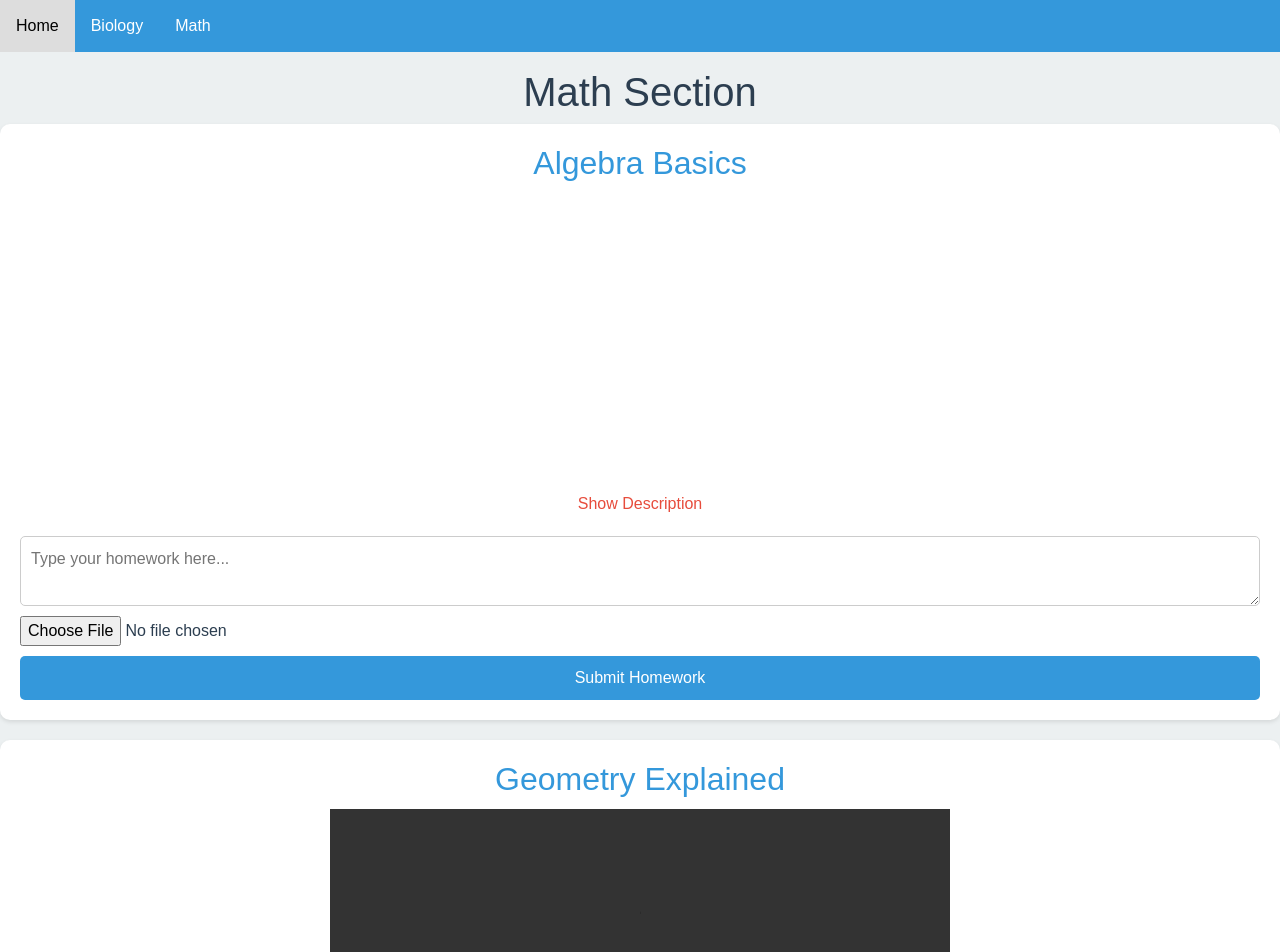
Repository: krmvz/BEMath.kg
Page: /math
The author's editor kept a copy of each file at every save. The page is drawn from the files as they stood at one save, then again after the next save.
The browser window is 1280 px wide. The pictures show the part of the page from y = 0 to 952 px (the page is 1357 px tall).
Pictures or frames that could not be fetched are drawn as grey boxes. The project was rebuilt for these pictures with package versions that can differ from the ones it lists, and the page was loaded fresh each time. Also part of the build but not shown: src/firebase.js, src/components/auth/sign.scss, src/components/auth/SignIn.jsx, src/components/auth/SignUp.jsx, src/components/dashboard/Dashboard.jsx, src/components/Biology/biology.jsx.

Above is the page before, as saved 2023-12-18 22:42:45.

### src/App.js
import './App.css';
import SignIn from './components/auth/SignIn';
import SignUp from './components/auth/SignUp';
// import AuthDetails from './components/AuthDetails';
import {BrowserRouter, Route, Routes } from "react-router-dom";
import React from 'react';
import Dashboard from './components/dashboard/Dashboard';
import "bootstrap/dist/css/bootstrap.min.css";
import Biology from './components/Biology/biology';
import Math from './components/Math/math';

function App() {
  return (
    <div className="App">
      <BrowserRouter>
        <Routes>
          <Route exact path="/" element={<SignIn/>}></Route>
          <Route exact path="/d" element={<SignUp/>}></Route>
          <Route exact path="/dashboard" element={<Dashboard/>}></Route>
          <Route exact path="/bio" element={<Biology/>}></Route>
          <Route exact path="/eng" element={<Dashboard/>}></Route>
          <Route exact path="/math" element={<Math/>}></Route>

        </Routes>
      </BrowserRouter>
    </div>
  );
}

export default App;

### src/components/Math/math.jsx
// Math.jsx

import React, { useState } from 'react';
import { Link } from 'react-router-dom'; // Import Link from react-router-dom
import './math.scss'; // Make sure to create a math.scss file for styling
import ReactPlayer from 'react-player';

const Math = () => {
  const [showDescription, setShowDescription] = useState(false);
  const [homework, setHomework] = useState('');
  const [submittedHomework, setSubmittedHomework] = useState(null);
  const [file, setFile] = useState(null);

  const mathVideos = [
    { id: 1, url: 'https://www.youtube.com/watch?v=NybHckSEQBI', title: 'Algebra Basics', description: 'An introduction to fundamental algebra concepts.' },
    { id: 2, url: 'https://www.youtube.com/watch?v=example2', title: 'Geometry Explained', description: 'Exploring key principles in geometry.' },
    // Add more videos as needed
  ];

  const toggleDescription = () => {
    setShowDescription(!showDescription);
  };

  const handleHomeworkChange = (event) => {
    setHomework(event.target.value);
  };

  const handleFileChange = (event) => {
    setFile(event.target.files[0]);
  };

  const handleSubmitHomework = (videoTitle) => {
    // Handle the submission of homework (you can send it to a server or store it locally)
    setSubmittedHomework(`Homework for "${videoTitle}": ${homework}`);
    setHomework('');
    setFile(null);
  };

  return (
    <div>
      {/* Navigation Bar */}
      <nav>
        <ul>
          <li><Link to="/">Home</Link></li>
          <li><Link to="/bio">Biology</Link></li>
          <li><Link to="/math">Math</Link></li>
          {/* Add links for other sections as needed */}
        </ul>
      </nav>

      <h1>Math Section</h1>
      <div>
        {mathVideos.map(video => (
          <div key={video.id} className="video-container">
            <h2>{video.title}</h2>
            <div className="player-wrapper">
              <ReactPlayer
                url={video.url}
                controls
                width="100%"
                height="300px"
              />
            </div>
            <p className={`description ${showDescription ? 'visible' : ''}`}>{video.description}</p>
            <div className="description-toggle" onClick={toggleDescription}>
              {showDescription ? 'Hide Description' : 'Show Description'}
            </div>

            {/* Homework Section */}
            <div className="homework-section">
              <textarea
                placeholder="Type your homework here..."
                value={homework}
                onChange={handleHomeworkChange}
              />
              <input
                type="file"
                onChange={handleFileChange}
              />
              <button onClick={() => handleSubmitHomework(video.title)}>Submit Homework</button>
              {submittedHomework && <p className="submitted-homework">{submittedHomework}</p>}
            </div>
          </div>
        ))}
      </div>
    </div>
  );
};

export default Math;

### src/components/Biology/biology.scss
// biology.scss

$primary-color: #3498db;
$background-color: #ecf0f1;
$text-color: #2c3e50;
$accent-color: #e74c3c;

body {
  font-family: 'Arial', sans-serif;
  background-color: $background-color;
  color: $text-color;
  margin: 0;
  padding: 0;
}

.video-container {
  margin-bottom: 20px;
  padding: 20px;
  border-radius: 10px;
  background-color: #fff;
  box-shadow: 0 2px 4px rgba(0, 0, 0, 0.1);

  h2 {
    color: $primary-color;
    margin-bottom: 10px;
  }

  .player-wrapper {
    width: 50%;
    margin: 0 auto;
  }

  p {
    margin-top: 10px;
    font-size: 16px;
    color: $text-color;
  }

  .description-toggle {
    cursor: pointer;
    color: $accent-color;

    &:hover {
      text-decoration: underline;
    }
  }

  .description {
    display: none;
    margin-top: 15px;

    &.visible {
      display: block;
    }
  }
  // biology.scss

// ... (previous styles)

.homework-section {
    margin-top: 20px;
    display: flex;
    flex-direction: column;

    textarea {
      margin-bottom: 10px;
      padding: 10px;
      border: 1px solid #ccc;
      border-radius: 5px;
    }

    input {
      margin-bottom: 10px;
    }

    button {
      background-color: #3498db;
      color: #fff;
      padding: 10px;
      border: none;
      border-radius: 5px;
      cursor: pointer;

      &:hover {
        background-color: #2980b9;
      }
    }

    .submitted-homework {
      margin-top: 10px;
      color: #27ae60;
    }
  }

}

### src/components/Math/math.scss
// $study-blue: #3498db;

nav {
    // background-color: #3498db;
    .math-container {
        max-width: 1200px;  // Adjust the maximum width as needed
        margin: 0 auto;     // Center the container horizontally
        padding: 20px;      // Add some padding for spacing

        // Add more styling as needed
        background-color: #f7f7f7;  // Example background color
        border: 1px solid #ddd;    // Example border
        box-shadow: 0 0 10px rgba(0, 0, 0, 0.1);  // Example box shadow
    }

    ul {
        list-style: none;
        padding: 0;
        background-color: #3498db;
        overflow: hidden;

        li {
        float: left;

        a {
            display: block;
            color: white;
            text-align: center;
            padding: 14px 16px;
            text-decoration: none;

            &:hover {
            background-color: #ddd;
            color: black;
            }
        }
    }
}
}

Loaded but not shown: src/index.js (common file); src/index.css (common file); src/reportWebVitals.js (common file); src/App.css (common file)

After the next save:
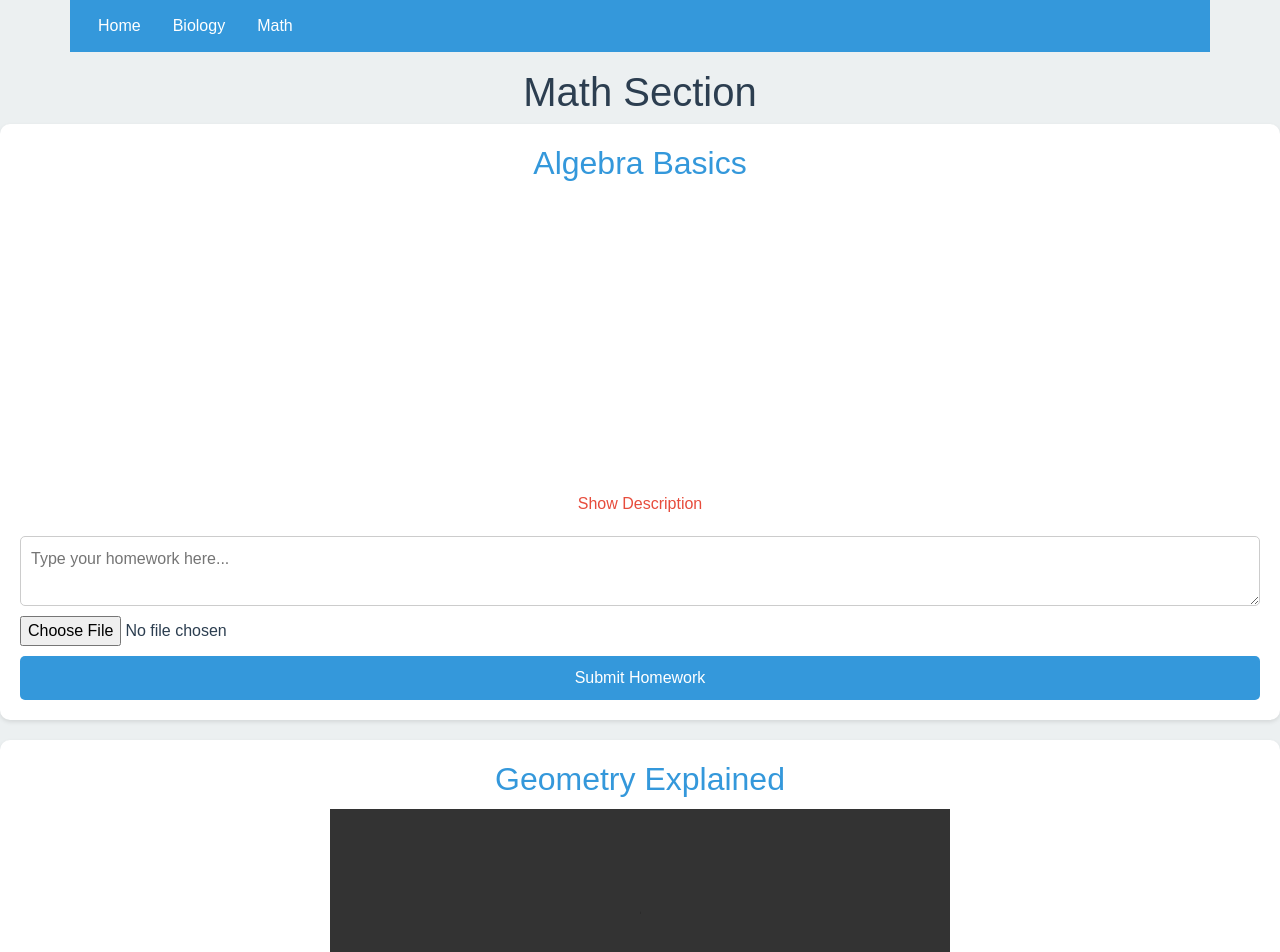
Saved 11 h 30 min later.
--- a/src/components/Math/math.jsx
+++ b/src/components/Math/math.jsx
@@ -40,7 +40,7 @@
     <div>
       {/* Navigation Bar */}
       <nav>
-        <ul>
+        <ul className='container'>
           <li><Link to="/">Home</Link></li>
           <li><Link to="/bio">Biology</Link></li>
           <li><Link to="/math">Math</Link></li>

After the save that followed:
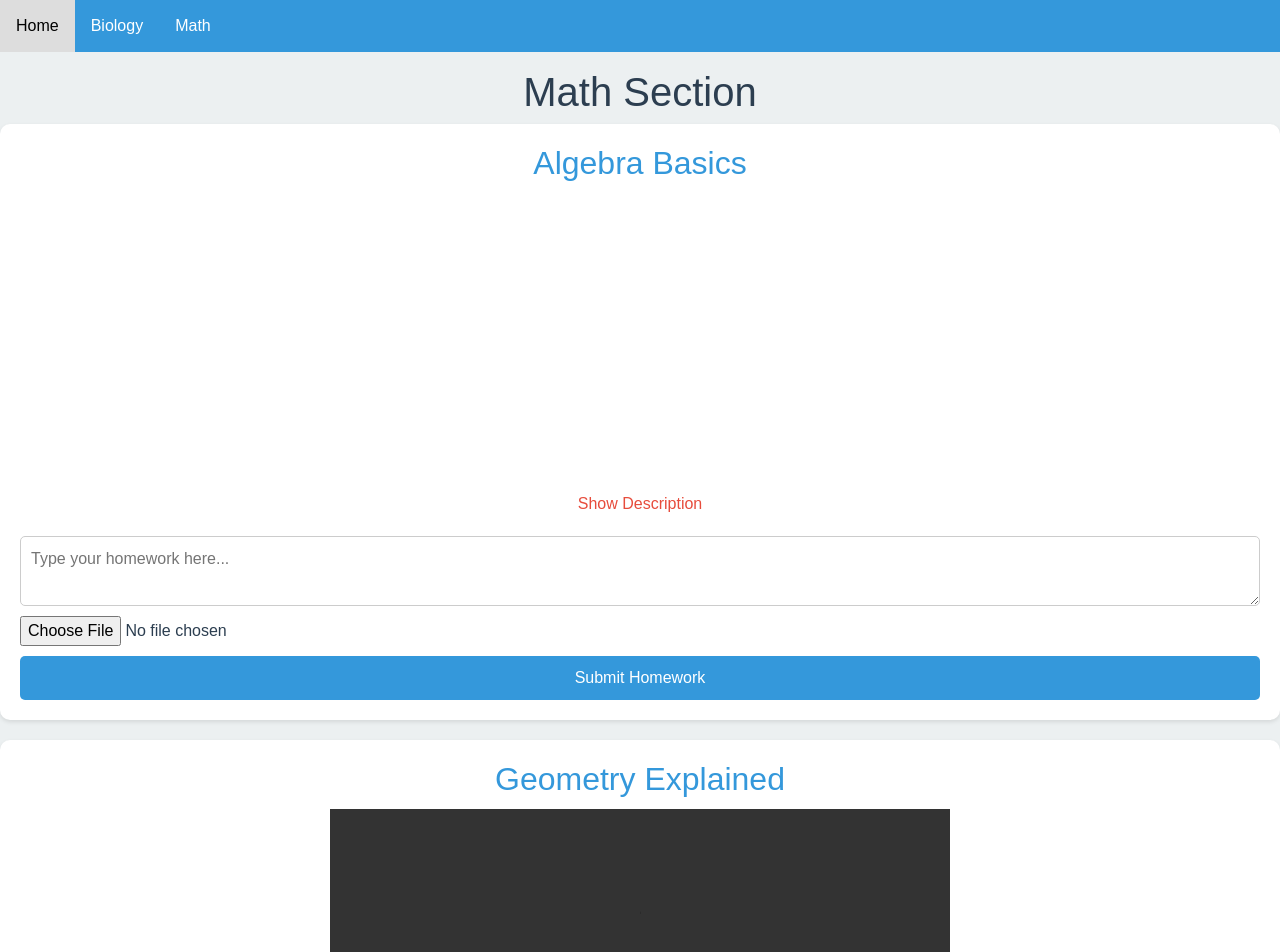
Saved 20 s later.
--- a/src/components/Math/math.jsx
+++ b/src/components/Math/math.jsx
@@ -40,7 +40,7 @@
     <div>
       {/* Navigation Bar */}
       <nav>
-        <ul className='container'>
+        <ul>
           <li><Link to="/">Home</Link></li>
           <li><Link to="/bio">Biology</Link></li>
           <li><Link to="/math">Math</Link></li>
